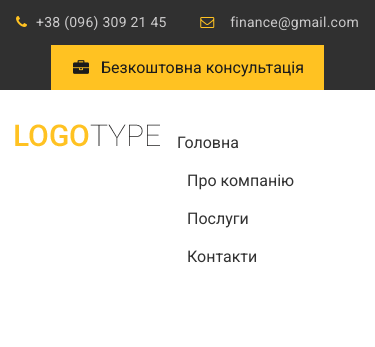
Repository: oliachipko/companysait
Page: index.html
These files come from the project's save history. The page is drawn as it stood at one moment and after the next save; the edit follows.
The browser window is 375 px wide. The pictures show the whole page.

Above is the page before, as saved 2020-11-23 22:25:30.

After the next save:
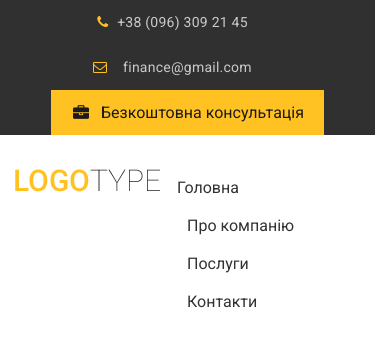
Saved 3 min 3 s later.
--- a/css/media.css
+++ b/css/media.css
@@ -16,5 +16,7 @@
     }
 }
 @media (max-width: 375px){
-
+    .header__email{
+        padding-right: 30px;
+    }
 }
